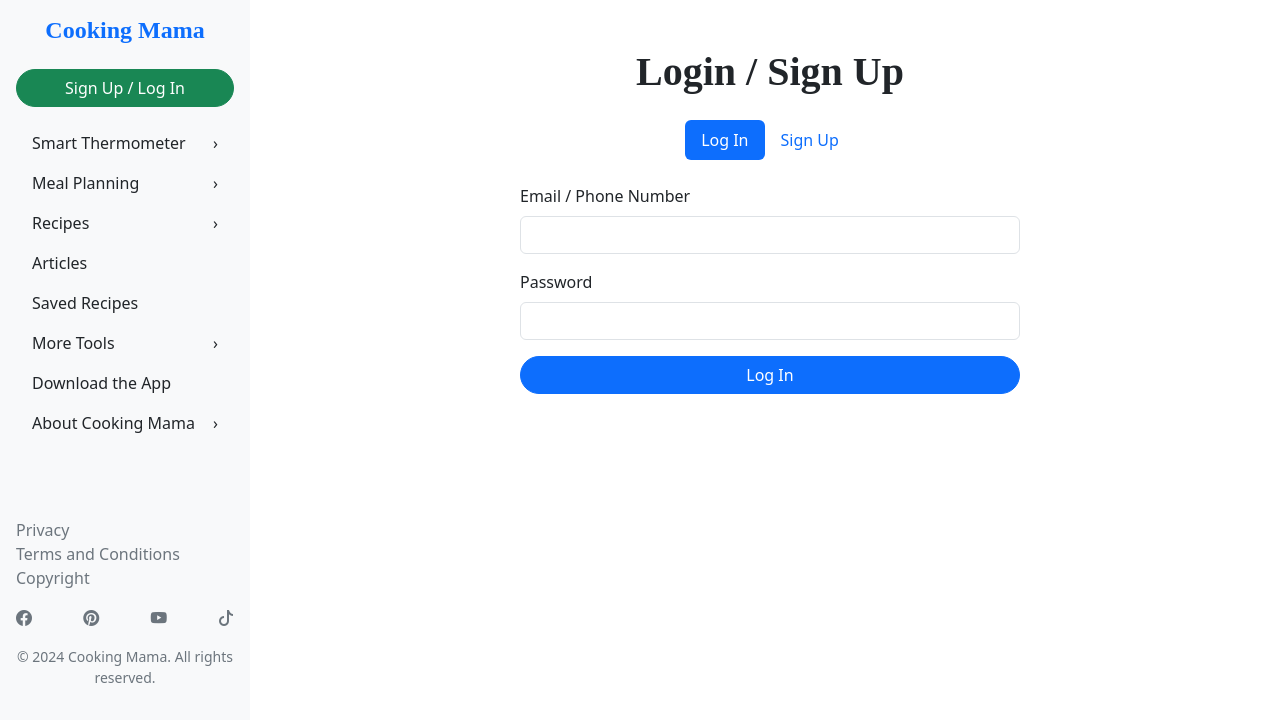
Repository: julius2510/UAS_Frontend_Kelompok10
Page: views/login.html
These files come from the project's save history. The page is drawn as it stood at one moment and after the next save; the edit follows.
The browser window is 1280 px wide. The pictures show the whole page.

Above is the page before, as saved 2024-11-24 10:05:57.

After the next save:
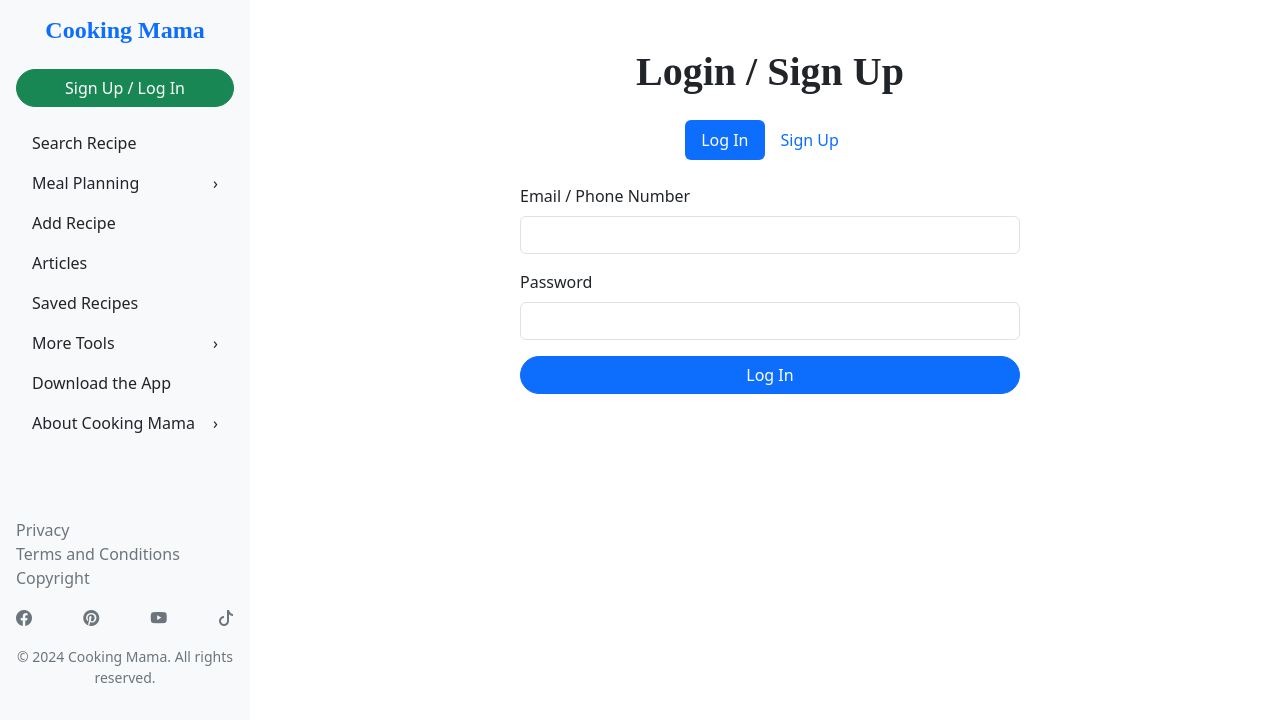
Saved 7 s later.
--- a/views/login.html
+++ b/views/login.html
@@ -13,22 +13,14 @@
     <nav class="bg-light p-3 d-flex flex-column justify-content-between" style="width: 250px; height: 100vh; position: fixed; top: 0; left: 0; overflow-y: auto;">
       <!-- Header -->
       <div>
-        <a href="index.html" style="text-decoration: none;">
+        <a href="/" style="text-decoration: none;">
         <h2 class="fs-4 fw-bold text-primary text-center" style="font-family: cursive;">Cooking Mama</h2>
       </a>
         <button class="btn btn-success w-100 rounded-pill my-3">Sign Up / Log In</button>
         <ul class="nav flex-column">
-          <!-- Smart Thermometer -->
-          <li class="nav-item">
-            <a class="nav-link text-dark" data-bs-toggle="collapse" href="#collapseThermometer" role="button" aria-expanded="false" aria-controls="collapseThermometer">
-              Smart Thermometer <span class="float-end">&rsaquo;</span>
-            </a>
-            <div class="collapse" id="collapseThermometer">
-              <ul class="list-unstyled ps-3">
-                <li><a href="#" class="nav-link text-secondary">Temperature Settings</a></li>
-                <li><a href="#" class="nav-link text-secondary">Device Connectivity</a></li>
-              </ul>
-            </div>
+          <!-- Search Recipe -->
+          <li class="nav-item">
+            <a href="/" class="nav-link text-dark">Search Recipe<span class="float-end"></span></a>
           </li>
           <!-- Meal Planning -->
           <li class="nav-item">
@@ -44,23 +36,15 @@
           </li>
           <!-- Recipes -->
           <li class="nav-item">
-            <a class="nav-link text-dark" data-bs-toggle="collapse" href="#collapseRecipes" role="button" aria-expanded="false" aria-controls="collapseRecipes">
-              Recipes <span class="float-end">&rsaquo;</span>
-            </a>
-            <div class="collapse" id="collapseRecipes">
-              <ul class="list-unstyled ps-3">
-                <li><a href="#" class="nav-link text-secondary">Popular Recipes</a></li>
-                <li><a href="#" class="nav-link text-secondary">Quick Recipes</a></li>
-              </ul>
-            </div>
+            <a href="/addrecipe" class="nav-link text-dark">Add Recipe<span class="float-end"></span></a>
           </li>
           <!-- Articles -->
           <li class="nav-item">
-            <a href="#" class="nav-link text-dark">Articles <span class="float-end"></span></a>
+            <a href="/article" class="nav-link text-dark">Articles <span class="float-end"></span></a>
           </li>
           <!-- Saved Recipes -->
           <li class="nav-item">
-            <a href="#" class="nav-link text-dark">Saved Recipes <span class="float-end"></span></a>
+            <a href="/resep" class="nav-link text-dark">Saved Recipes <span class="float-end"></span></a>
           </li>
           <!-- More Tools -->
           <li class="nav-item">
@@ -85,9 +69,9 @@
             </a>
             <div class="collapse" id="collapseAbout">
               <ul class="list-unstyled ps-3">
-                <li><a href="about.html" class="nav-link text-secondary">About Us</a></li>
-                <li><a href="contact.html" class="nav-link text-secondary">Contact Us</a></li>
-                <li><a href="faq.html" class="nav-link text-secondary">FAQ</a></li>
+                <li><a href="/about" class="nav-link text-secondary">About Us</a></li>
+                <li><a href="#contact" class="nav-link text-secondary">Contact Us</a></li>
+                <li><a href="#faq" class="nav-link text-secondary">FAQ</a></li>
 
               </ul>
             </div>
@@ -170,61 +154,70 @@
   </div>
 </div>
 
-  <script>
-    document.addEventListener('DOMContentLoaded', function () {
-      // Handle form submissions for both Login and Sign Up
-      document.getElementById("loginForm").addEventListener("submit", handleFormSubmit);
-      document.getElementById("signupForm").addEventListener("submit", handleFormSubmit);
-    });
-
-    async function handleFormSubmit(event) {
-      event.preventDefault();
-
-      let formData = new FormData(event.target);
-      let formType = event.target.id; // Get the form type (loginForm or signupForm)
-      let formAction = ''; // API endpoint (either login or signup)
-
-      // Collect form data
-      let data = {};
-      formData.forEach((value, key) => {
-        data[key] = value;
+<script>
+  document.addEventListener('DOMContentLoaded', function () {
+    // Cek apakah pengguna sudah login
+    const user = JSON.parse(localStorage.getItem('user'));
+    if (user) {
+      updateNavbarForLoggedInUser(user);
+    }
+
+    // Tambahkan event listener untuk form login dan signup
+    document.getElementById("loginForm").addEventListener("submit", handleFormSubmit);
+    document.getElementById("signupForm").addEventListener("submit", handleFormSubmit);
+  });
+
+  async function handleFormSubmit(event) {
+    event.preventDefault();
+
+    const formData = new FormData(event.target);
+    const formType = event.target.id; // loginForm atau signupForm
+    const data = Object.fromEntries(formData.entries());
+    const formAction = formType === "loginForm"
+      ? "http://localhost:3000/login"
+      : "http://localhost:3000/signup";
+
+    try {
+      const response = await fetch(formAction, {
+        method: "POST",
+        headers: {
+          "Content-Type": "application/json",
+        },
+        body: JSON.stringify(data),
       });
 
-      // Check which form is being submitted
-      if (formType === "loginForm") {
-        formAction = "http://localhost:3000/login";
-      } else if (formType === "signupForm") {
-        formAction = "http://localhost:3000/signup";
+      if (!response.ok) {
+        const error = await response.json();
+        alert(error.message || "Terjadi kesalahan");
+        return;
       }
 
-      try {
-        // Send the form data to the appropriate server endpoint
-        const response = await fetch(formAction, {
-          method: "POST",
-          headers: {
-            "Content-Type": "application/json",
-          },
-          body: JSON.stringify(data),
-        });
-
-        const responseText = await response.text();
-        alert(responseText); // Display server response (e.g., success or error)
-
-        // Optionally, you can redirect or clear the form based on success
-        if (response.ok) {
-          if (formType === "loginForm") {
-            // Redirect to the home page or dashboard
-            window.location.href = '/home';
-          } else {
-            // Redirect to login page after successful sign-up
-            window.location.href = '/login';
-          }
-        }
-      } catch (error) {
-        alert("An error occurred: " + error.message);
-      }
+      const result = await response.json();
+      // Simpan data pengguna ke localStorage
+      localStorage.setItem("user", JSON.stringify(result.user));
+
+      // Update navbar dengan informasi pengguna
+      updateNavbarForLoggedInUser(result.user);
+
+      // Arahkan ke halaman utama atau profil
+      window.location.href = "/";
+    } catch (error) {
+      alert("Terjadi kesalahan: " + error.message);
     }
-  </script>
+  }
+
+  function updateNavbarForLoggedInUser(user) {
+    const navbar = document.querySelector("nav");
+    const signupLoginButton = navbar.querySelector(".btn");
+    const userProfileHtml = `
+      <div class="d-flex align-items-center ms-5">
+        <i class="bi bi-person-circle fs-3 text-secondary me-2"></i>
+        <a href="/profile" style="text-decoration: none;">${user.name}</a>
+      </div>
+    `;
+    signupLoginButton.outerHTML = userProfileHtml;
+  }
+</script>
 
   <script src="https://cdn.jsdelivr.net/npm/bootstrap@5.3.0/dist/js/bootstrap.bundle.min.js"></script>
 </body>
